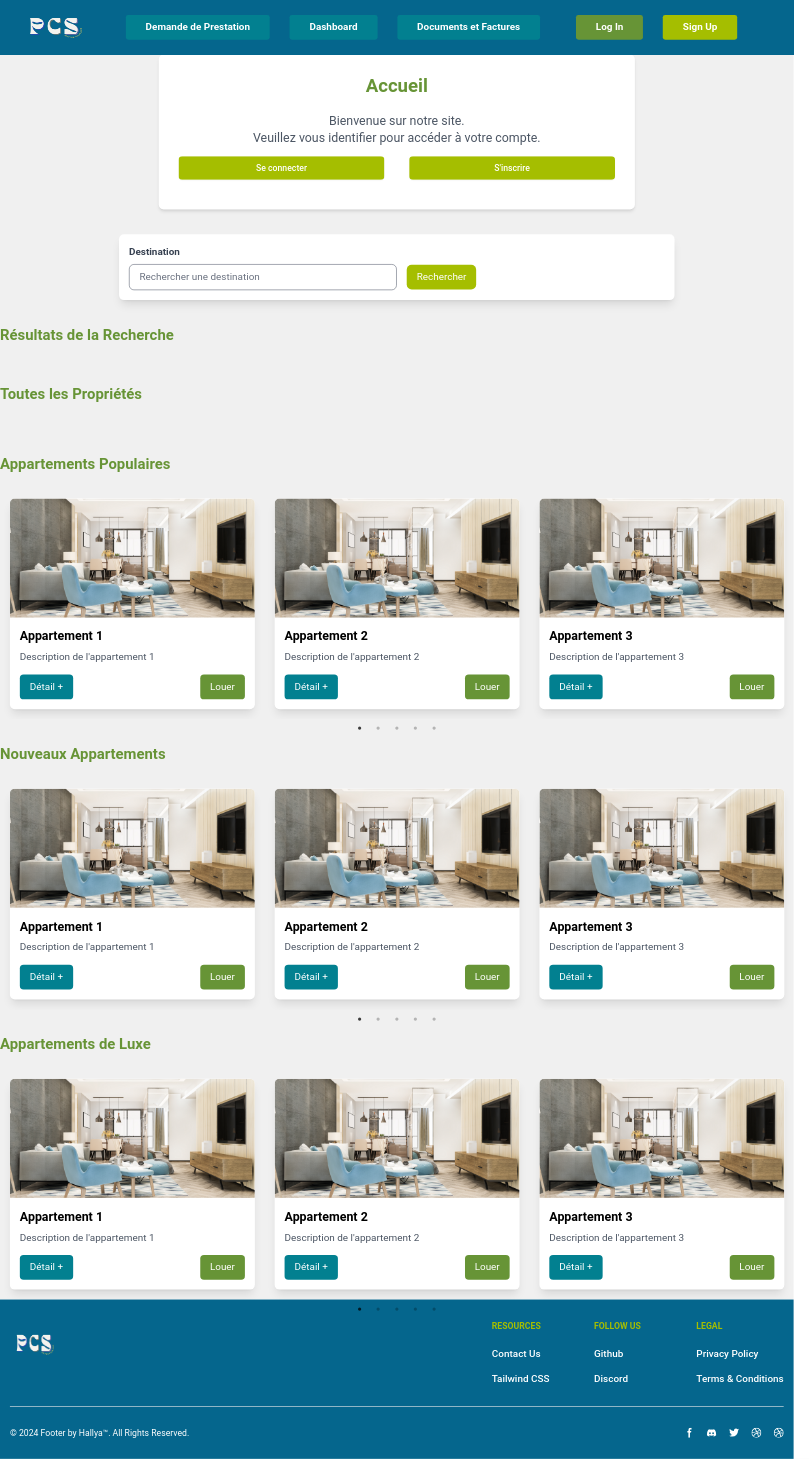
Repository: HATTOUNGBRE/ProjetAnnuel2
Page: /logout (app in FRONT/)
These files come from the project's save history. The page is drawn as it stood at one moment and after the next save; the edit follows.
The browser window is 1280 px wide. The page is 1305 px wide, so the pictures cover 1305 px, including what lies to the right of the window. The pictures show the whole page, at 62% of full size.
The page's requests for data from a server got no answer. The project was rebuilt for these pictures with package versions that can differ from the ones it lists, and the page was loaded fresh each time. No one was signed in, and anything a server would have sent is missing. Also part of the build but not shown: FRONT/vite.config.js, FRONT/src/components/Contact.jsx, FRONT/src/components/CatUser.jsx, FRONT/src/components/Login.jsx, FRONT/src/components/prestataire/PrestataireType.jsx, FRONT/src/components/prestataire/PrestataireDetails.jsx, FRONT/src/components/Account.jsx, FRONT/src/components/Inscription.jsx and 13 more.

Above is the page before, as saved 2024-06-29 13:59:43.

### FRONT/src/main.jsx
import React from 'react'
import ReactDOM from 'react-dom/client'
import App from './App.jsx'
import './App.css'
import { AuthProvider } from './components/AuthContext';
import {
  BrowserRouter,
  Route,
  Link
} from "react-router-dom";

ReactDOM.createRoot(document.getElementById('root')).render(
  <React.StrictMode>
    <AuthProvider>
    <App />
    </AuthProvider>
  </React.StrictMode>,
)

### FRONT/src/App.css
@tailwind base;
@tailwind components;
@tailwind utilities;

html, body {
  height: 100%;
  width: 100%;
  margin: 0;
  padding: 0;
  font-family: 'Roboto', sans-serif;
}


.logo {
  height: 5em;
  width: 7em;
  /* will-change: filter; */
  transition: filter 300ms;
}
.logo:hover {
}
.logo.react:hover {
  filter: drop-shadow(0 0 2em #61dafbaa);
}

@keyframes logo-spin {
  from {
    transform: rotate(0deg);
  }
  to {
    transform: rotate(360deg);
  }
}


.card {
  padding: 2em;
}

.read-the-docs {
  color: #888;
}
footer {
  position: absolute;
  left: 0;
  bottom: 0;
  width: 100%;
}
html, body {
  height: 100%;
  margin: 0;
  padding: 0;

}



footer {
  flex-shrink: 0; /* Empêche le pied de page de rétrécir si le contenu est trop grand */
}

.main-content {
  flex: 1;
  padding: 24px;
  overflow-y: auto;
  display: flex;
  flex-direction: column;
}

### FRONT/src/components/Header.jsx
import { useState, useEffect } from 'react';
import Nav from './Nav';
import { Link } from "react-router-dom";

function Header(props) {
  const { isLoggedIn, userRole } = props;

  return (
    <div>
      <header className="bg-pcs-200 sticky top-0 z-[20]">
        <nav className="bg-pcs-200 border-gray-200 dark:bg-gray-900 w-full">
          <div className="w-full flex flex-wrap items-center justify-around p-1">
            <Link to="/" className="flex items-center space-x-3 rtl:space-x-reverse">
              <img src="/public/images/fullDay.png" className="h-8 logo" alt="PCSLogo" />
            </Link>
            <Nav isLoggedIn={isLoggedIn} userRole={userRole} />
            <button
              data-collapse-toggle="navbar-default"
              type="button"
              className="inline-flex items-center p-2 w-10 h-10 justify-center text-sm text-gray-500 rounded-lg md:hidden focus:outline-none focus:ring-2 focus:ring-gray-200 dark:text-gray-400 dark:focus:ring-gray-600"
              aria-controls="navbar-default"
              aria-expanded="false"
            >
              <span className="sr-only">Open main menu</span>
              <svg
                className="w-5 h-5"
                aria-hidden="true"
                xmlns="http://www.w3.org/2000/svg"
                fill="none"
                viewBox="0 0 17 14"
              >
                <path
                  stroke="currentColor"
                  strokeLinecap="round"
                  strokeLinejoin="round"
                  strokeWidth="2"
                  d="M1 1h15M1 7h15M1 13h15"
                />
              </svg>
            </button>
            <div className="hidden w-full md:block md:w-auto" id="navbar-default"></div>
          </div>
        </nav>
      </header>
    </div>
  );
}

export default Header;

### FRONT/src/components/Main.jsx
import React, { useState, useContext, useEffect } from 'react';
import AuthContext from './AuthContext';
import { Link } from 'react-router-dom';
import PropertyRow from './PropertyRow';
import PropertySliderSection from './PropertySliderSection';
import 'slick-carousel/slick/slick.css';
import 'slick-carousel/slick/slick-theme.css';

function Main() {
  const { isLoggedIn, userRole } = useContext(AuthContext);

  const [searchTerm, setSearchTerm] = useState('');
  const [cities, setCities] = useState([]);
  const [searchResults, setSearchResults] = useState([]);
  const [allProperties, setAllProperties] = useState([]);
  const [noResultsMessage, setNoResultsMessage] = useState('');

  useEffect(() => {
    if (searchTerm.length >= 2) {
      searchCities(searchTerm);
    } else {
      setCities([]);
    }
  }, [searchTerm]);

  useEffect(() => {
    fetchAllProperties();
  }, []);

  const searchCities = async (term) => {
    try {
      const response = await fetch(`https://geo.api.gouv.fr/communes?nom=${term}&fields=departement&boost=population&limit=5`);
      const data = await response.json();
      setCities(data);
    } catch (error) {
      console.error('Error fetching cities:', error);
    }
  };

  const handleCitySelect = (cityName) => {
    setSearchTerm(cityName);
    setCities([]); // Effacer les suggestions après la sélection
  };

  const handleSearch = async (e) => {
    e.preventDefault();
    try {
      const response = await fetch(
        `http://localhost:8000/api/search-properties?commune=${searchTerm}`
      );
      const data = await response.json();
      setSearchResults(data);
      if (data.length === 0) {
        setNoResultsMessage('Pas de résultat pour cette recherche');
      } else {
        setNoResultsMessage('');
      }
    } catch (error) {
      console.error('Error fetching properties:', error);
      setNoResultsMessage('Pas de résultat pour cette recherche');
    }
  };

  const fetchAllProperties = async () => {
    try {
      const response = await fetch('http://localhost:8000/api/properties');
      const data = await response.json();
      setAllProperties(data);
    } catch (error) {
      console.error('Error fetching all properties:', error);
    }
  };

  const sliderSettings = {
    dots: true,
    infinite: true,
    speed: 500,
    slidesToShow: 3,
    slidesToScroll: 1,
    responsive: [
      {
        breakpoint: 1024,
        settings: {
          slidesToShow: 2,
          slidesToScroll: 1,
          infinite: true,
          dots: true
        }
      },
      {
        breakpoint: 600,
        settings: {
          slidesToShow: 1,
          slidesToScroll: 1
        }
      }
    ]
  };

  return (
    <div className="min-h-screen bg-pcs-100 flex flex-col items-center justify-center">
      <div className="max-w-3xl w-full p-8 bg-white shadow-md rounded-lg text-center">
        <h1 className="text-3xl font-semibold text-pcs-400 mb-6">Accueil</h1>
        {isLoggedIn ? (
          <p className="text-xl text-pcs-300">
            Vous êtes connecté.e en tant que <span className="font-bold">{userRole}</span>
          </p>
        ) : (
          <div>
            <p className="text-xl text-gray-600">Bienvenue sur notre site.</p>
            <p className="text-xl text-gray-600">Veuillez vous identifier pour accéder à votre compte.</p>
            <div className='flex justify-center mt-4 space-x-10'>
              <button className='w-full px-4 mb-4 py-2 text-sm font-medium text-white bg-pcs-300 border border-transparent rounded-md shadow-sm hover:bg-pcs-400'>
                <Link to="/components/catUser">Se connecter</Link>
              </button>
              <button className='w-full px-4 mb-4 py-2 text-sm font-medium text-white bg-pcs-300 border border-transparent rounded-md shadow-sm hover:bg-pcs-400'>
                <Link to="/components/inscription">S'inscrire</Link>
              </button>
            </div>
          </div>
        )}
      </div>

      {/* Barre de recherche */}
      {!isLoggedIn || userRole === 'voyageur' ? (
        <div className="mt-10 w-full max-w-4xl bg-white shadow-lg rounded-lg p-4">
          <form onSubmit={handleSearch} className="flex items-center space-x-4">
            <div className="relative w-1/2">
              <label className="block text-gray-700 font-bold mb-2">Destination</label>
              <input
                type="text"
                className="w-full px-4 py-2 border rounded-lg focus:outline-none focus:ring-2 focus:ring-blue-500"
                placeholder="Rechercher une destination"
                value={searchTerm}
                onChange={(e) => setSearchTerm(e.target.value)}
              />
              {cities.length > 0 && (
                <ul className="absolute left-0 mt-2 w-full bg-white border rounded-lg z-10 max-h-48 overflow-y-auto">
                  {cities.map((city) => (
                    <li key={city.code} className="px-4 py-2 border-b last:border-b-0 cursor-pointer hover:bg-gray-200" onClick={() => handleCitySelect(city.nom)}>
                      {city.nom} ({city.departement.nom})
                    </li>
                  ))}
                </ul>
              )}
            </div>
            <button
              type="submit"
              className="bg-pcs-300 mt-8 text-white py-2 px-4 rounded-lg hover:bg-pcs-400 focus:outline-none focus:ring-2 focus:ring-blue-500"
            >
              Rechercher
            </button>
          </form>
        </div>
      ) : null}

      {/* Résultats de la recherche */}
      <div className="mt-10 w-full">
        <h2 className="text-2xl font-semibold text-pcs-400 mb-6">Résultats de la Recherche</h2>
        {searchResults.length > 0 ? (
          <div className='flex justify-between items-center row'>
          <PropertyRow properties={searchResults} sliderSettings={sliderSettings}  />
          </div>
        ) : (
          <p className="text-xl text-gray-600">{noResultsMessage}</p>
        )}
      </div>

      {/* Toutes les propriétés */}
      <div className="mt-10 w-full">
        <h2 className="text-2xl font-semibold text-pcs-400 mb-6">Toutes les Propriétés</h2>
        <PropertyRow properties={allProperties} sliderSettings={sliderSettings} />
      </div>

      {/* Sections de propriétés fictives */}
      <PropertySliderSection title="Appartements Populaires" sliderSettings={sliderSettings} />
      <PropertySliderSection title="Nouveaux Appartements" sliderSettings={sliderSettings} />
      <PropertySliderSection title="Appartements de Luxe" sliderSettings={sliderSettings} />
    </div>
  );
}

export default Main;

### FRONT/src/components/Nav.jsx
import { Link } from "react-router-dom";

function Nav(props) {
    const { isLoggedIn, userRole } = props;

    console.log('isLoggedIn page NAV:', isLoggedIn);
    return (
        <>
            <div className='flex space-x-8'>
                <Link to={`/${userRole}/Reservation`}>
                    <button className="bg-pcs-250 hover:bg-pcs-300 text-white font-bold py-2 px-8 rounded">
                        Demande de Prestation
                    </button>
                </Link>

                <Link to={`/components/dashboard/${userRole}`}>
                    <button className="bg-pcs-250 hover:bg-pcs-300 text-white font-bold py-2 px-8 rounded">
                        Dashboard
                    </button>
                </Link>

                <Link to={`/${userRole}/Prestation`}>
                    <button className="bg-pcs-250 hover:bg-pcs-300 text-white font-bold py-2 px-8 rounded">
                        Documents et Factures
                    </button>
                </Link>
            </div>
            {isLoggedIn ? (
                <div className='flex space-x-8'>
                    <Link to='/account'>
                        <button className="bg-pcs-400 hover:bg-pcs-700 text-white font-bold py-2 px-8 rounded">
                            Account
                        </button>
                    </Link>
                    <Link to='/logout'>
                        <button className="bg-pcs-300 hover:bg-pcs-600 text-white font-bold py-2 px-8 rounded">
                            Log out
                        </button>
                    </Link>

                </div>
            ) : (
                <div className='flex space-x-8'>
                    <Link to='/components/catuser'>
                        <button className="bg-pcs-400 hover:bg-pcs-700 text-white font-bold py-2 px-8 rounded">
                            Log In
                        </button>
                    </Link>

                    <Link to='/components/Inscription'>
                        <button className="bg-pcs-300 hover:bg-pcs-600 text-white font-bold py-2 px-8 rounded">
                            Sign Up
                        </button>
                    </Link>
                </div>
            )}
        </>
    );
};

export default Nav;

### FRONT/src/components/LogOut.jsx
import React, { useContext, useEffect } from 'react';
import { useNavigate } from 'react-router-dom';
import AuthContext from './AuthContext';

const LogOut = () => {
  const { logout } = useContext(AuthContext);
  const navigate = useNavigate();

  useEffect(() => {
    logout();
    navigate('/');
  }, [logout, navigate]);

  return null;
};

export default LogOut;

### FRONT/src/components/PropertyRow.jsx
import React from 'react';
import Slider from 'react-slick';

const PropertyRow = ({ properties = [], sliderSettings }) => {
  return (
    <div className="mt-10 w-full">
      <Slider {...sliderSettings}>
        {properties.map(property => (
          <div key={property.id} className="p-4">
            <div className="bg-white shadow-lg rounded-lg overflow-hidden">
              <img src={`http://localhost:8000/uploads/property_photos/${property.image}`} alt={property.name} className="h-48 w-full object-cover" />
              <div className="p-4">
                <h3 className="text-xl font-semibold mb-2">{property.name}</h3>
                <p className="text-gray-600 mb-4">{property.description}</p>
                <p className="text-gray-600 mb-4">{property.commune}</p>
                <div className="flex justify-between">
                  <button className="bg-pcs-250 hover:bg-pcs-200 text-white py-2 px-4 rounded-md">Détail +</button>
                  <button className="bg-pcs-400 text-white py-2 px-4 rounded-md">Louer</button>
                </div>
              </div>
            </div>
          </div>
        ))}
      </Slider>
    </div>
  );
};

export default PropertyRow;

### FRONT/src/components/PropertySliderSection.jsx
import React from 'react';
import Slider from 'react-slick';

const PropertySliderSection = ({ title, sliderSettings }) => {
  return (
    <div className="mt-10 w-full">
      <h2 className="text-2xl font-semibold text-pcs-400 mb-6">{title}</h2>
      <Slider {...sliderSettings}>
        {[1, 2, 3, 4, 5].map(item => (
          <div key={item} className="p-4">
            <div className="bg-white shadow-lg rounded-lg overflow-hidden">
              <img src="http://localhost:8000/uploads/property_photos/default_appart.jpg" alt={`Appartement ${item}`} className="h-48 w-full object-cover" />
              <div className="p-4">
                <h3 className="text-xl font-semibold mb-2">Appartement {item}</h3>
                <p className="text-gray-600 mb-4">Description de l'appartement {item}</p>
                <div className="flex justify-between">
                  <button className="bg-pcs-250 hover:bg-pcs-200 text-white py-2 px-4 rounded-md">Détail +</button>
                  <button className="bg-pcs-400 text-white py-2 px-4 rounded-md">Louer</button>
                </div>
              </div>
            </div>
          </div>
        ))}
      </Slider>
    </div>
  );
};

export default PropertySliderSection;

### FRONT/src/components/SearchResults.jsx
import React from 'react';
import PropertyRow from './PropertyRow';

const SearchResults = ({ properties }) => {
  return (
    <div className="mt-10 w-full">
      <h2 className="text-2xl font-semibold text-pcs-400 mb-6">Résultats de la Recherche</h2>
      {properties.length > 0 ? (
        <div className="grid grid-cols-1 md:grid-cols-2 lg:grid-cols-3 gap-4">
          {properties.map(property => (
            <PropertyRow key={property.id} property={property} />
          ))}
        </div>
      ) : (
        <div className="text-xl text-gray-600">Pas de résultat pour cette recherche</div>
      )}
    </div>
  );
};

export default SearchResults;

Loaded but not shown: FRONT/index.html (common file); FRONT/tailwind.config.js (26 lines, source omitted); FRONT/src/components/Footer.jsx (91 lines, source omitted); FRONT/src/App.jsx (95 lines, source omitted); FRONT/src/components/AuthContext.jsx (90 lines, source omitted)

After the next save:
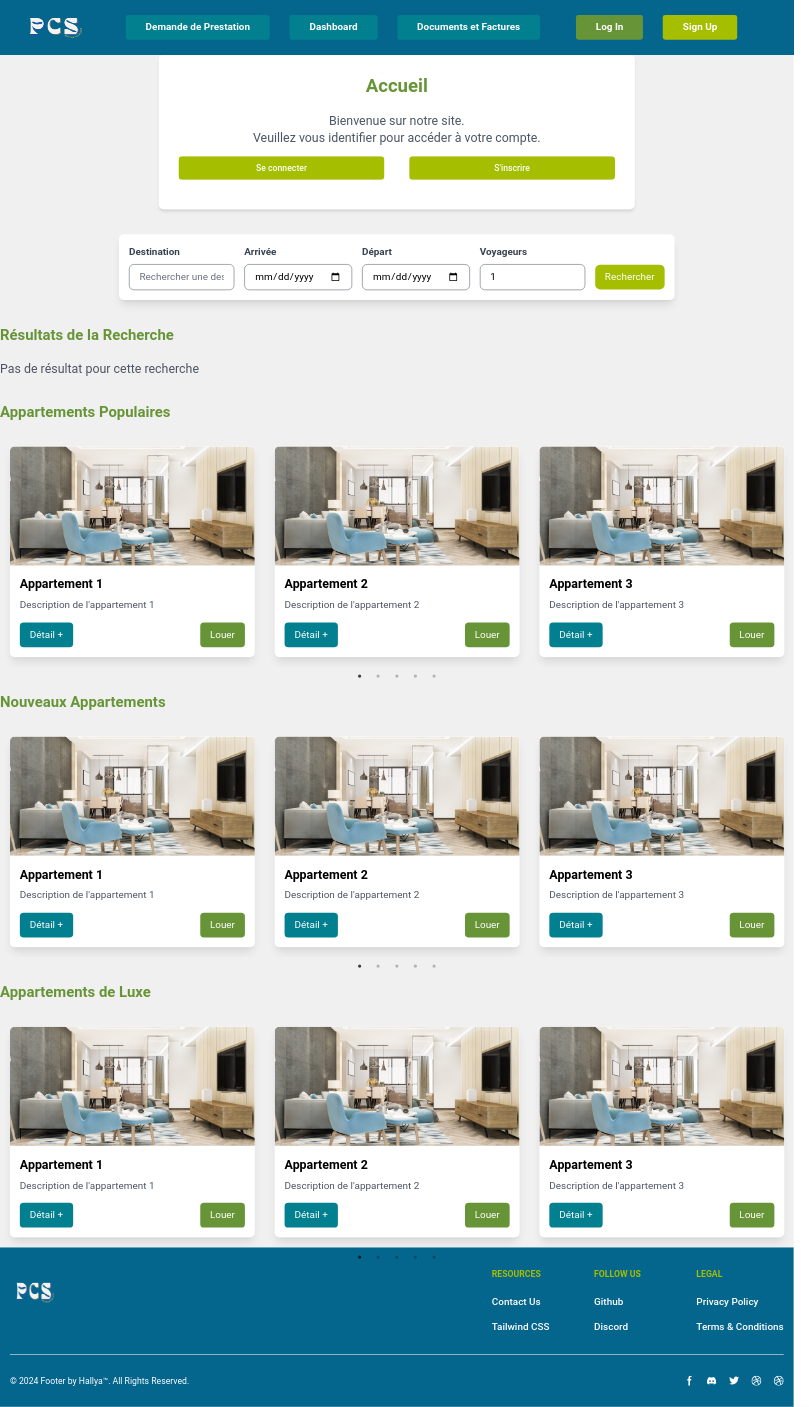
Saved 38 s later.
--- a/FRONT/src/components/Main.jsx
+++ b/FRONT/src/components/Main.jsx
@@ -1,8 +1,8 @@
 import React, { useState, useContext, useEffect } from 'react';
 import AuthContext from './AuthContext';
 import { Link } from 'react-router-dom';
-import PropertyRow from './PropertyRow';
 import PropertySliderSection from './PropertySliderSection';
+import SearchResults from './SearchResults';
 import 'slick-carousel/slick/slick.css';
 import 'slick-carousel/slick/slick-theme.css';
 
@@ -11,9 +11,10 @@ function Main() {
 
   const [searchTerm, setSearchTerm] = useState('');
   const [cities, setCities] = useState([]);
-  const [searchResults, setSearchResults] = useState([]);
-  const [allProperties, setAllProperties] = useState([]);
-  const [noResultsMessage, setNoResultsMessage] = useState('');
+  const [arrivalDate, setArrivalDate] = useState('');
+  const [departureDate, setDepartureDate] = useState('');
+  const [guests, setGuests] = useState(1);
+  const [properties, setProperties] = useState([]);
 
   useEffect(() => {
     if (searchTerm.length >= 2) {
@@ -22,10 +23,6 @@ function Main() {
       setCities([]);
     }
   }, [searchTerm]);
-
-  useEffect(() => {
-    fetchAllProperties();
-  }, []);
 
   const searchCities = async (term) => {
     try {
@@ -37,37 +34,17 @@ function Main() {
     }
   };
 
-  const handleCitySelect = (cityName) => {
-    setSearchTerm(cityName);
-    setCities([]); // Effacer les suggestions après la sélection
-  };
-
   const handleSearch = async (e) => {
     e.preventDefault();
     try {
       const response = await fetch(
-        `http://localhost:8000/api/search-properties?commune=${searchTerm}`
+        `http://localhost:8000/api/search-properties?commune=${searchTerm}&maxPersons=${guests}`
       );
       const data = await response.json();
-      setSearchResults(data);
-      if (data.length === 0) {
-        setNoResultsMessage('Pas de résultat pour cette recherche');
-      } else {
-        setNoResultsMessage('');
-      }
+      setProperties(data);
+      setCities([]);  // Effacer les suggestions après la sélection
     } catch (error) {
       console.error('Error fetching properties:', error);
-      setNoResultsMessage('Pas de résultat pour cette recherche');
-    }
-  };
-
-  const fetchAllProperties = async () => {
-    try {
-      const response = await fetch('http://localhost:8000/api/properties');
-      const data = await response.json();
-      setAllProperties(data);
-    } catch (error) {
-      console.error('Error fetching all properties:', error);
     }
   };
 
@@ -125,7 +102,7 @@ function Main() {
       {!isLoggedIn || userRole === 'voyageur' ? (
         <div className="mt-10 w-full max-w-4xl bg-white shadow-lg rounded-lg p-4">
           <form onSubmit={handleSearch} className="flex items-center space-x-4">
-            <div className="relative w-1/2">
+            <div className="relative w-1/4">
               <label className="block text-gray-700 font-bold mb-2">Destination</label>
               <input
                 type="text"
@@ -137,12 +114,40 @@ function Main() {
               {cities.length > 0 && (
                 <ul className="absolute left-0 mt-2 w-full bg-white border rounded-lg z-10 max-h-48 overflow-y-auto">
                   {cities.map((city) => (
-                    <li key={city.code} className="px-4 py-2 border-b last:border-b-0 cursor-pointer hover:bg-gray-200" onClick={() => handleCitySelect(city.nom)}>
+                    <li key={city.code} className="px-4 py-2 border-b last:border-b-0 cursor-pointer hover:bg-gray-200" onClick={() => { setSearchTerm(city.nom); setCities([]); }}>
                       {city.nom} ({city.departement.nom})
                     </li>
                   ))}
                 </ul>
               )}
+            </div>
+            <div className="w-1/4">
+              <label className="block text-gray-700 font-bold mb-2">Arrivée</label>
+              <input
+                type="date"
+                className="w-full px-4 py-2 border rounded-lg focus:outline-none focus:ring-2 focus:ring-blue-500"
+                value={arrivalDate}
+                onChange={(e) => setArrivalDate(e.target.value)}
+              />
+            </div>
+            <div className="w-1/4">
+              <label className="block text-gray-700 font-bold mb-2">Départ</label>
+              <input
+                type="date"
+                className="w-full px-4 py-2 border rounded-lg focus:outline-none focus:ring-2 focus:ring-blue-500"
+                value={departureDate}
+                onChange={(e) => setDepartureDate(e.target.value)}
+              />
+            </div>
+            <div className="w-1/4">
+              <label className="block text-gray-700 font-bold mb-2">Voyageurs</label>
+              <input
+                type="number"
+                min="1"
+                className="w-full px-4 py-2 border rounded-lg focus:outline-none focus:ring-2 focus:ring-blue-500"
+                value={guests}
+                onChange={(e) => setGuests(e.target.value)}
+              />
             </div>
             <button
               type="submit"
@@ -155,22 +160,7 @@ function Main() {
       ) : null}
 
       {/* Résultats de la recherche */}
-      <div className="mt-10 w-full">
-        <h2 className="text-2xl font-semibold text-pcs-400 mb-6">Résultats de la Recherche</h2>
-        {searchResults.length > 0 ? (
-          <div className='flex justify-between items-center row'>
-          <PropertyRow properties={searchResults} sliderSettings={sliderSettings}  />
-          </div>
-        ) : (
-          <p className="text-xl text-gray-600">{noResultsMessage}</p>
-        )}
-      </div>
-
-      {/* Toutes les propriétés */}
-      <div className="mt-10 w-full">
-        <h2 className="text-2xl font-semibold text-pcs-400 mb-6">Toutes les Propriétés</h2>
-        <PropertyRow properties={allProperties} sliderSettings={sliderSettings} />
-      </div>
+      <SearchResults properties={properties} />
 
       {/* Sections de propriétés fictives */}
       <PropertySliderSection title="Appartements Populaires" sliderSettings={sliderSettings} />
